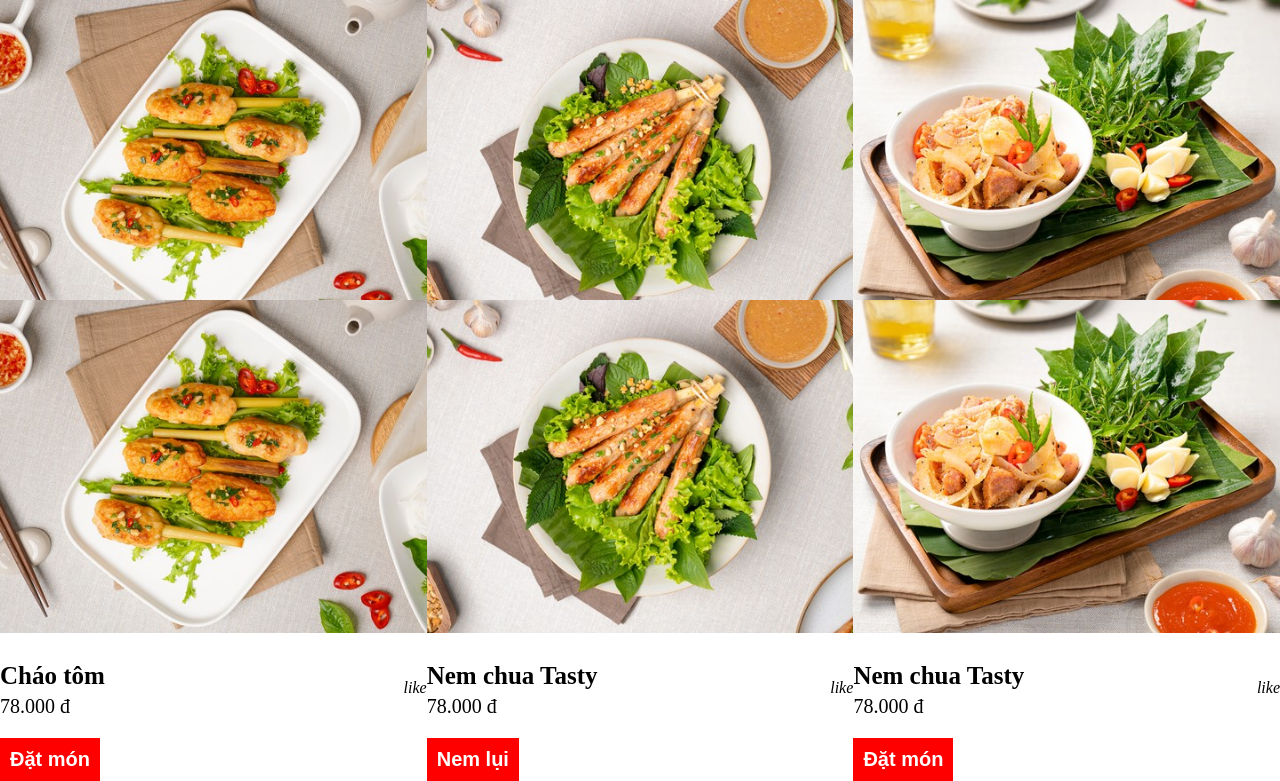
Repository: khoitq-acl/dolphin-restaurant
Page: index.html
The author's editor kept a copy of each file at every save. The page is drawn from the files as they stood at one save, then again after the next save.
The browser window is 1280 px wide. The pictures show the whole page.

Above is the page before, as saved 2023-06-01 16:16:15.

After the next save:
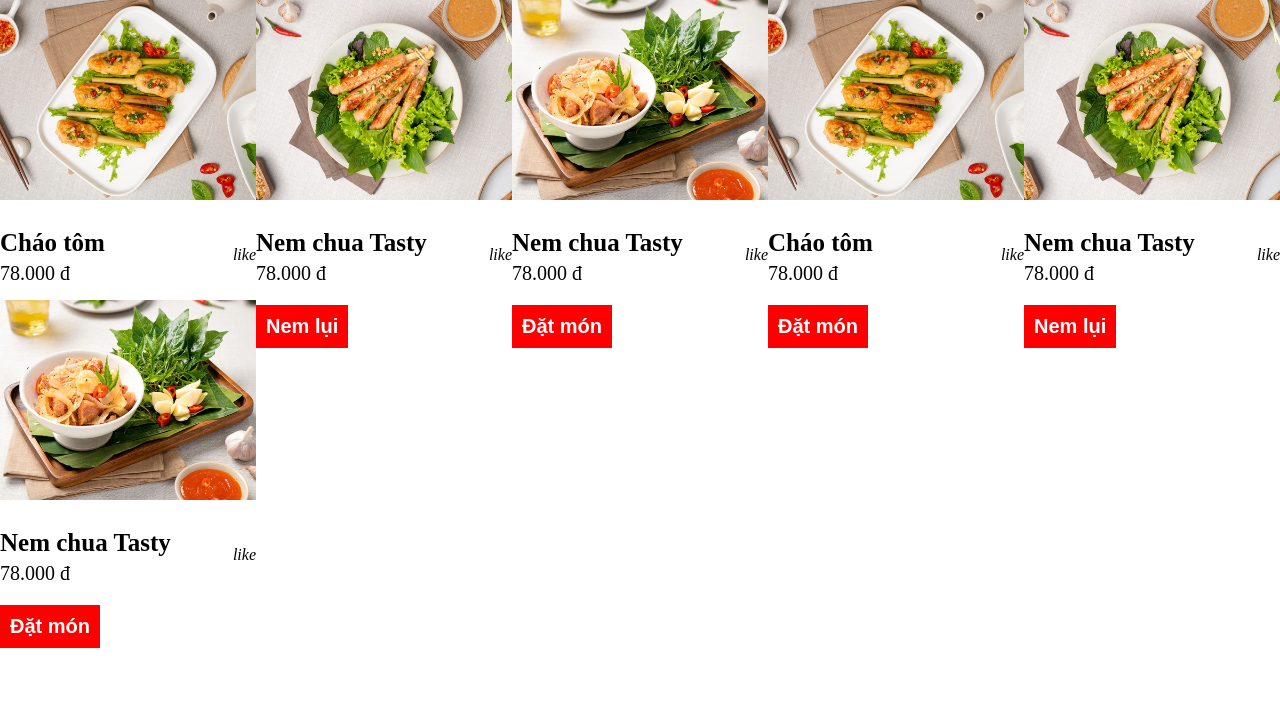
Saved 6 s later.
--- a/style.css
+++ b/style.css
@@ -16,7 +16,7 @@
     vw : viewport of width
     100vw
     */
-    width: 33.33%;
+    width: 20%;
 }
 
 img, .img img {
